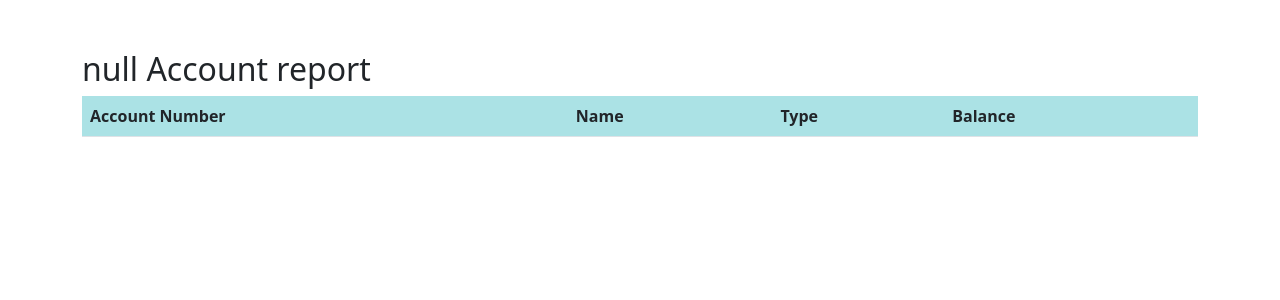
Repository: Kapil-06/My-Java-Projects
Page: http://localhost/AJAX_Module/SearchAccTypeReport.jsp
The author's editor kept a copy of each file at every save. The page is drawn from the files as they stood at one save, then again after the next save.
The browser window is 1280 px wide. The pictures show the whole page.
The page is served by Tomcat 9. Other server files are loaded and not shown. Queries for data that is not in the repository find no rows.

Above is the page before, as saved 2023-06-16 15:59:41.

### AJAX Module/src/main/webapp/SearchAccTypeReport.jsp
<%@page import="java.util.ArrayList"%>
<%@page import="com.kapil.beans.*"%>
<%@ page language="java" contentType="text/html; charset=ISO-8859-1"
    pageEncoding="ISO-8859-1"%>
<!DOCTYPE html>
<html>
<head>
<meta charset="ISO-8859-1">
<title>AccountReport</title>
<link rel="stylesheet" href="bootstrap.min.css">
</head>
<body style="margin-top: 50px;">
    <div class="container">

        <%
        String type=request.getParameter("acctype");
        System.out.println(type);
        %>
		<h2><%=type %> Account report</h2>

        <table class="table table-borderd table-hover">
            <tr style="background-color: rgb(171, 226, 229);">
                <th>Account Number</th>
                <th>Name</th>
                <th>Type</th>
                <th>Balance</th>
            </tr>
            <%
            AccountTypeReport tr=new AccountTypeReport();
            tr.setAcctype(type);

            ArrayList<Account> list=tr.getAcclist();
            for(int i=0;i<list.size();i++)
            {
            %>
                <tr>
                    <td><%=list.get(i).getAccno() %></td>
                    <td><%=list.get(i).getAccnm() %></td>
                    <td><%=list.get(i).getAcctype() %></td>
                    <td><%=type %></td>
                </tr>
            <%
            }
            %>
        </table>
    </div>
</body>
</html>

### AJAX Module/src/main/java/com/kapil/beans/AccountTypeReport.java
package com.kapil.beans;

import java.sql.Connection;
import java.sql.PreparedStatement;
import java.sql.ResultSet;
import java.util.ArrayList;

public class AccountTypeReport {

	private ArrayList<Account> acclist;
	private String acctype;

	public AccountTypeReport() {
		acclist=new ArrayList<>();
	}

	public void setAcctype(String acctype) {
		this.acctype = acctype;
		retrieveData();
	}

private void retrieveData() {

		Connection con;
		PreparedStatement pst;
		ResultSet rs;
		Account obj;

		try {
			CloudDBConnector db=new CloudDBConnector();
			con=db.getDbconn();

			pst=con.prepareStatement("Select * from accounts where acctype=?");
			pst.setString(1, acctype);
			rs=pst.executeQuery();

			while(rs.next()) {

				obj=new Account();
				obj.setAccnm(rs.getString("accnm"));
				obj.setAccno(rs.getInt("accno"));
				obj.setBalance(rs.getDouble("balance"));
				acclist.add(obj);
			}
		}
		catch(Exception e) {
			System.out.println(e);
		}
	}

	public ArrayList<Account> getAcclist() {
		return acclist;
	}

}

### AJAX Module/src/main/java/com/kapil/beans/CloudDBConnector.java
package com.kapil.beans;

import java.sql.Connection;
import java.sql.DriverManager;

public class CloudDBConnector {

	private Connection dbconn;

	public CloudDBConnector() {

		try {
			Class.forName("com.mysql.cj.jdbc.Driver");
			dbconn=DriverManager.getConnection("jdbc:mysql://bhod7pw8rcgxeqwgoffi-mysql.services.clever-cloud.com:3306/bhod7pw8rcgxeqwgoffi?user=ukdmlq4nnteyuvfo&password=stZ2gABP50qLdTH0RS3Q");

		}
		catch(Exception e) {
			System.out.println(e);
		}
	}

	public Connection getDbconn() {
		return dbconn;
	}


}

Loaded but not shown: AJAX Module/src/main/webapp/bootstrap.min.css (library)

After the next save:
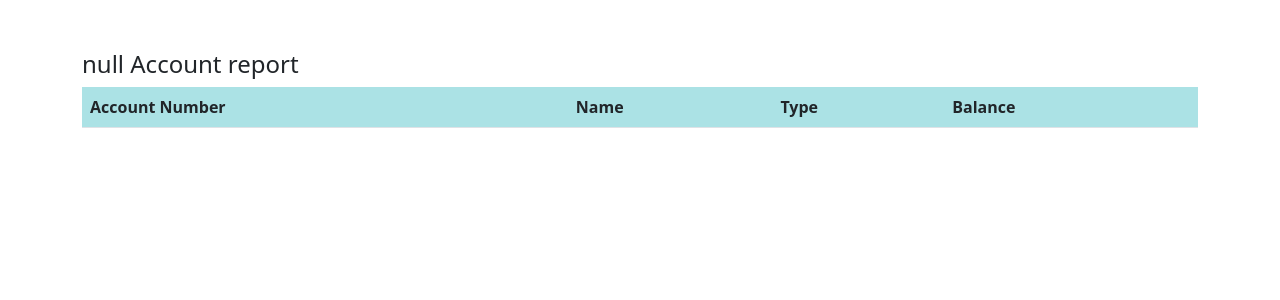
Saved 40 s later.
--- a/AJAX Module/src/main/webapp/SearchAccTypeReport.jsp
+++ b/AJAX Module/src/main/webapp/SearchAccTypeReport.jsp
@@ -16,7 +16,7 @@
         String type=request.getParameter("acctype");
         System.out.println(type);
         %>
-		<h2><%=type %> Account report</h2>
+		<h4><%=type %> Account report</h4>
 
         <table class="table table-borderd table-hover">
             <tr style="background-color: rgb(171, 226, 229);">
